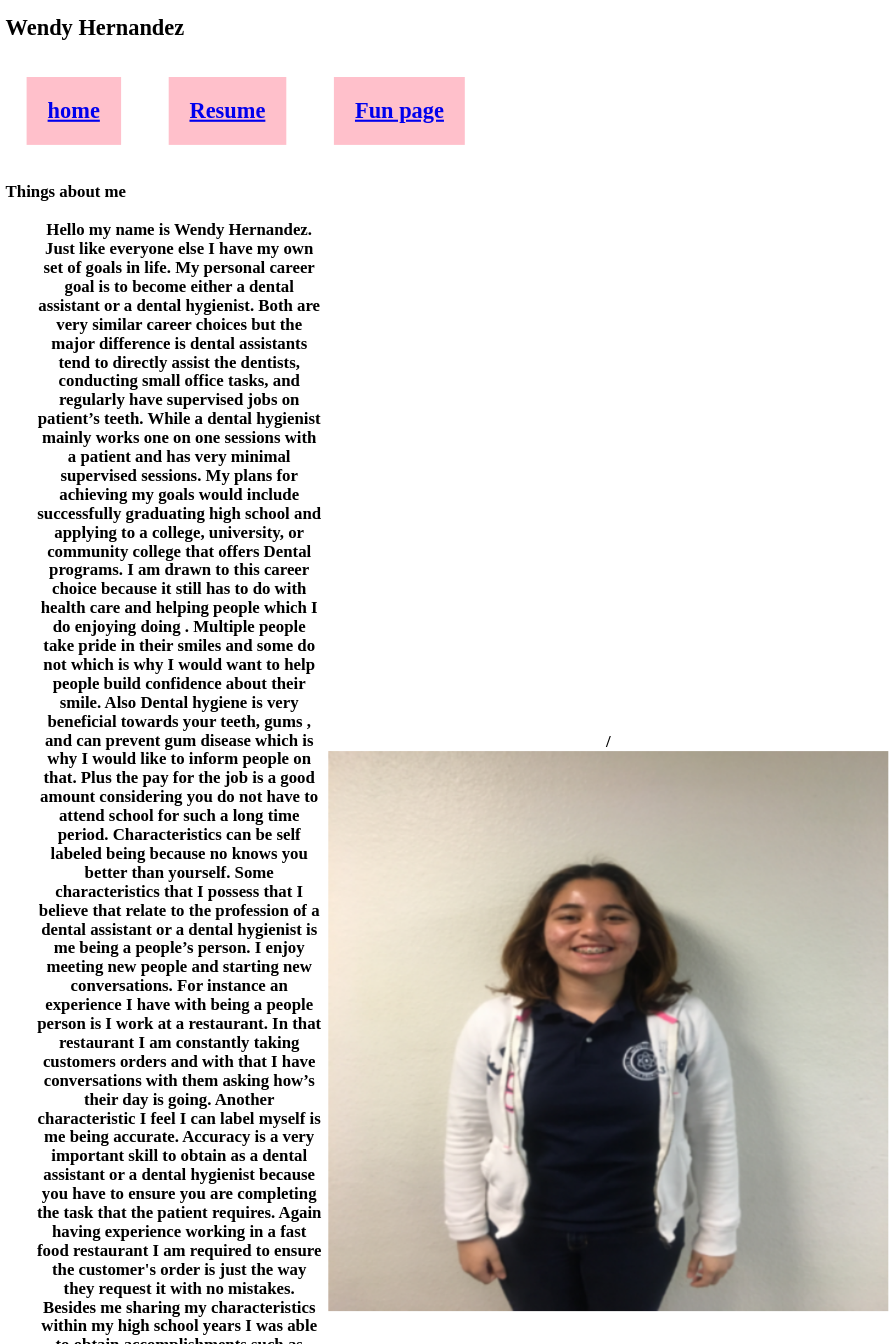
Repository: wendy2312/wendy2312.github.io
Page: AboutMe.html
The author's editor kept a record of every edit. The page is drawn from the files as they stood at one moment, then again after the next edit.
The browser window is 1280 px wide. The pictures show the part of the page from y = 0 to 1920 px (the page is 2638 px tall), at 70% of full size.

Above is the page before.

After the next edit:
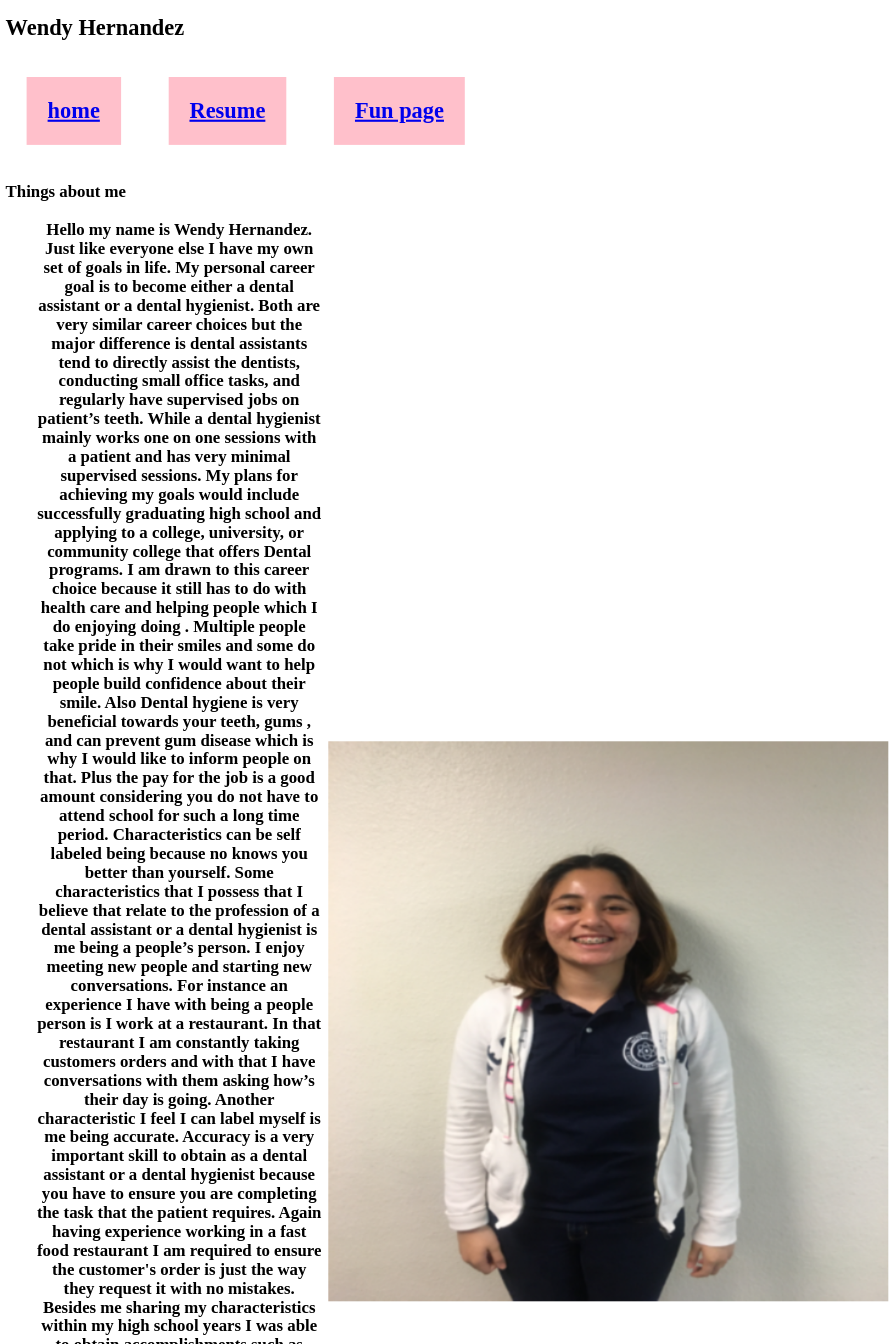
The edit:
--- a/AboutMe.html
+++ b/AboutMe.html
@@ -29,7 +29,7 @@
 Overall if you have a goal you feel as if you want to achieve,  do not let anyone stop you with negativity. Just have grit and carry on. Thank you for your time. Feel free to view my other pages on this site.
  </th>     <th>
 </th>
-      <th> /<img class = "mypic" src="SAT Pic.JPG"></img></th>
+      <th> <img class = "mypic" src="SAT Pic.JPG"></img></th>
 
   </table>
 
